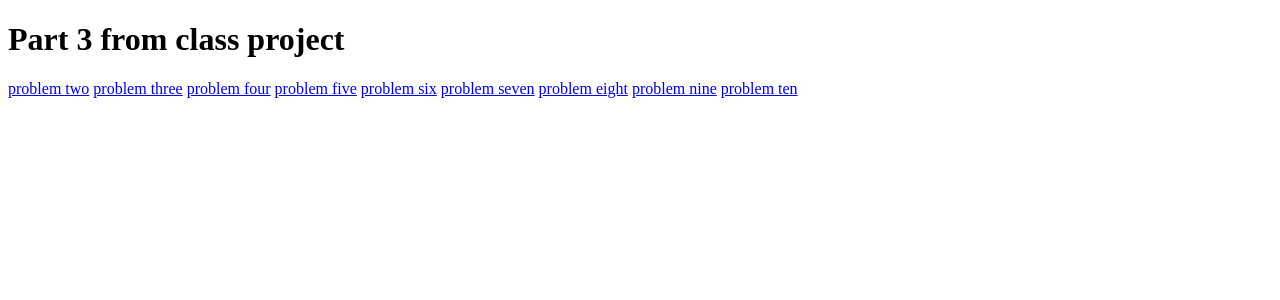
Repository: HamdanM/DatabaseProject
Page: http://localhost/DB3/root.jsp
These files come from the project's save history. The page is drawn as it stood at one moment and after the next save; the edit follows.
The browser window is 1280 px wide. The pictures show the whole page.
The page is served by Tomcat 9. Nobody is signed in. The application's start-up code is not run.

Above is the page before, as saved 2019-07-27 21:42:34.

After the next save:
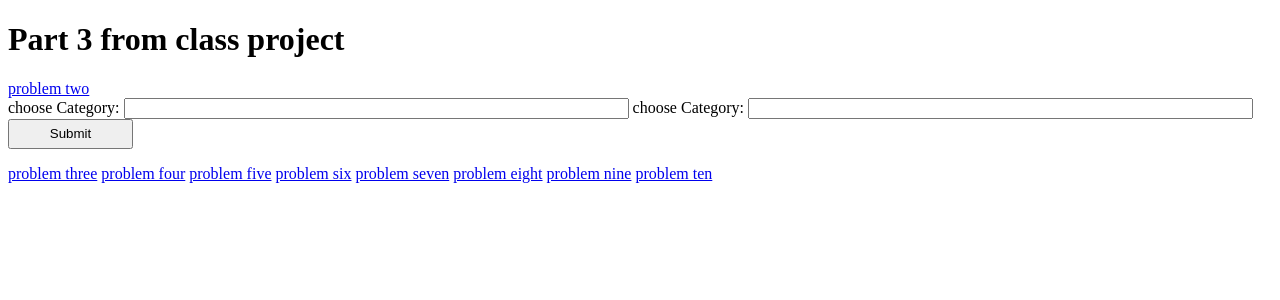
Saved 99 s later.
--- a/DB3/WebContent/root.jsp
+++ b/DB3/WebContent/root.jsp
@@ -10,6 +10,19 @@
 
 <h1>Part 3 from class project</h1>
 <a href="problemtwo">problem two</a>
+<form action="problemtwo" method="post">
+        <input type="hidden" name="action"" >
+        <label>choose Category: <input
+                    type="text" name="cat1"
+                    size="60" maxlength="70" />
+        <label>choose Category: <input
+                    type="text" name="cat2"
+                    size="60" maxlength="70" />
+          <input style="height:30px;width:125px" type="submit" name="submit" value="Submit" />
+
+            </label></p>
+ </form>
+
 <a href="problemthree">problem three</a>
 <a href="problemfour">problem four</a>
 <a href="problemfive">problem five</a>
